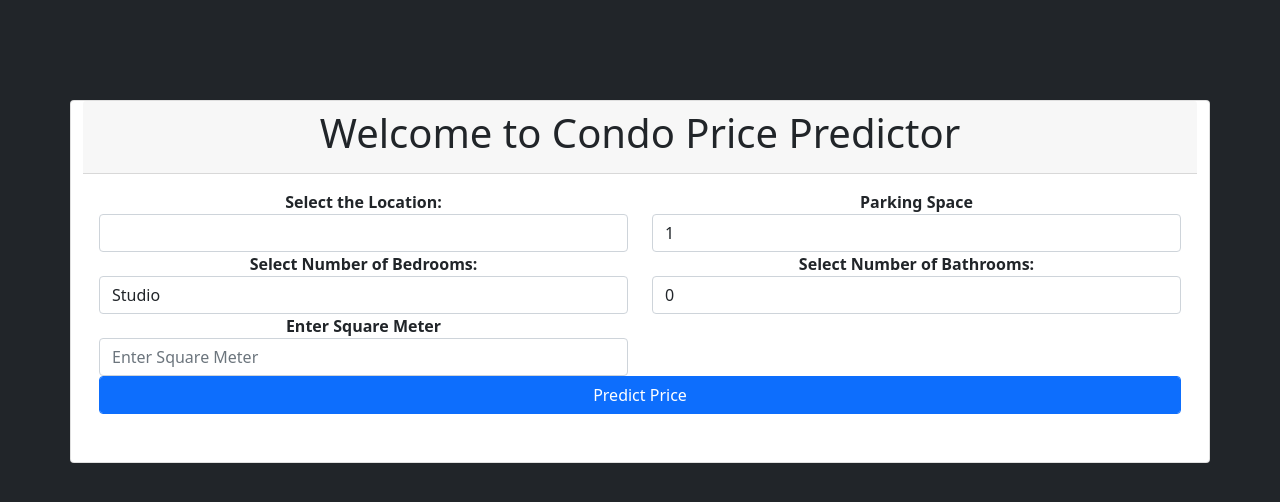
Repository: myothida/condoprice_CNX
Page: http://localhost/
The author's editor kept a copy of each file at every save. The page is drawn from the files as they stood at one save, then again after the next save.
The browser window is 1280 px wide. The pictures show the whole page.
The page is served by the project's application, run on Flask 3 (main.py).

Above is the page before, as saved 2023-09-26 22:22:10.

### templates/index.html
<!DOCTYPE html>
<html lang="en">
  <head>
    <!-- Required meta tags -->
    <meta charset="utf-8" />
    <meta name="viewport" content="width=device-width, initial-scale=1" />

    <!-- Bootstrap CSS -->
    <link
      href="https://cdn.jsdelivr.net/npm/bootstrap@5.0.2/dist/css/bootstrap.min.css"
      rel="stylesheet"
      integrity="sha384-EVSTQN3/azprG1Anm3QDgpJLIm9Nao0Yz1ztcQTwFspd3yD65VohhpuuCOmLASjC"
      crossorigin="anonymous"
    />

    <title>Condo Price Predictor</title>
  </head>
  <body class="bg-dark">
    <div class="container">
      <div class="row">
        <div class="card" style="width: 100%; height: 100%; margin-top: 100px">
          <div class="card-header" style="text-align: center">
            <h1>Welcome to Condo Price Predictor</h1>
          </div>
          <div class="card-body">
            <form method="post" accept-charset="utf-8">
              <div class="row">
                <div class="col-md-6 form-group" style="text-align: center">
                  <label><b> Select the Location: </b> </label>
                  <select
                    class="selectpicker form-control"
                    id="location"
                    name="location"
                    require="1"
                  >
                    {% for location in locations %}
                    <option value="{{ location }}">{{ lcoation }}</option>
                    {% endfor %}
                  </select>
                </div>

                <div class="col-md-6 form-group" style="text-align: center">
                  <label><b> Parking Space </b> </label>
                  <select
                    class="selectpicker form-control"
                    id="parking"
                    name="parking"
                    require="1"
                  >
                    <option>1</option>
                    <option>2</option>
                    <option>3</option>
                  </select>
                </div>
                <div class="col-md-6 form-group" style="text-align: center">
                  <label><b> Select Number of Bedrooms: </b> </label>
                  <select
                    class="selectpicker form-control"
                    id="bedrooms"
                    name="bedrooms"
                  >
                    <option>Studio</option>
                    <option>1</option>
                    <option>2</option>
                    <option>3</option>
                  </select>
                </div>
                <div class="col-md-6 form-group" style="text-align: center">
                  <label><b> Select Number of Bathrooms: </b> </label>
                  <select
                    class="selectpicker form-control"
                    id="bathrooms"
                    name="bathrooms"
                  >
                    <option>0</option>
                    <option>1</option>
                    <option>2</option>
                    <option>3</option>
                  </select>
                </div>
                <div class="col-md-6 form-group" style="text-align: center">
                  <label><b> Enter Square Meter </b> </label>
                  <input
                    type="text"
                    class="form-control"
                    id="sqm"
                    name="sqm"
                    placeholder="Enter Square Meter"
                  />
                </div>
                <div class="col-md-12 form-group">
                  <button
                    class="btn btn-primary form-control"
                    onclick="send_data()"
                  >
                    Predict Price
                  </button>
                </div>
              </div>
            </form>
            <br />

            <div class="col-md-12" style="text-align: center">
              <h1><span id="prediction"></span></h1>
            </div>
          </div>
        </div>
      </div>
    </div>
  </body>
</html>

<!-- Option 2: Separate Popper and Bootstrap JS -->

<script
  src="https://cdn.jsdelivr.net/npm/@popperjs/core@2.9.2/dist/umd/popper.min.js"
  integrity="sha384-IQsoLXl5PILFhosVNubq5LC7Qb9DXgDA9i+tQ8Zj3iwWAwPtgFTxbJ8NT4GN1R8p"
  crossorigin="anonymous"
></script>
<script
  src="https://cdn.jsdelivr.net/npm/bootstrap@5.0.2/dist/js/bootstrap.min.js"
  integrity="sha384-cVKIPhGWiC2Al4u+LWgxfKTRIcfu0JTxR+EQDz/bgldoEyl4H0zUF0QKbrJ0EcQF"
  crossorigin="anonymous"
></script>

### main.py
from flask import Flask, render_template, request
import pandas as pd

app = Flask(__name__)
data = pd.read_csv('Data_midterm.csv')


@app.route('/')
def index():


    locations = sorted(data['location'].unique())
    return render_template('index.html' ,locations=locations)


if __name__ == "__main__":
    app.run(debug=True, port=5001)

### Data_midterm.csv
bedroom,bathroom,parking, area,price,location
0,0,1,33,2100000,muang
1,1,1,30,1650000,chang phueak
1,1,2,30,1490000,suthep
1,1,2,37,1690000,nimman
1,1,1,30,1449000,faham
1,1,1,30,630000,chang phueak
1,1,2,30,2200000,nimman
1,1,1,30,650000,faham
1,1,1,30,888000,muang
1,1,1,30,2200000,nimman
1,1,1,30,890000,faham
1,1,1,30,1290000,faham
2,1,2,30,1350000,suthep
1,1,1,30,1350000,faham
1,1,2,30,1350000,chang phueak
1,1,2,30,1950000,chang phueak
1,1,2,30,1990000,suthep
1,1,2,30,2200000,faham
1,1,2,30,2200000,nimman
1,1,2,30,2300000,faham
1,1,2,30,730000,faham
1,1,2,30,1950000,muang
1,1,2,30,1990000,faham
1,1,2,30,2200000,nimman
1,1,2,30,2200000,faham
1,1,2,31,2300000,faham
2,1,2,31,740000,faham
1,1,2,31,1950000,chang phueak
1,1,2,31,2200000,faham
1,1,2,31,2200000,suthep
1,1,2,31,2300000,faham
1,1,2,31,2100000,nimman
1,1,2,31,1890000,faham
1,1,2,31,2390000,suthep
1,1,2,31,1490000,chang phueak
1,1,2,31,1100000,chang phueak
1,1,2,31,999000,muang
1,1,2,31,1690000,faham
1,1,2,29,650000,suthep
0,0,2,30,690000,muang
1,1,2,32,3350000,suthep
1,1,2,32,2480000,faham
1,1,2,37,2700000,nimman
1,1,2,30,2000000,faham
1,1,3,40,3590000,chang phueak
1,1,2,32,2400000,faham
1,1,2,30,2000000,faham
1,1,2,28,2450000,nimman
1,1,2,28,2000000,muang
1,1,2,31,2400000,chang phueak
1,1,2,32,2950000,faham
1,1,2,30,1490000,suthep
1,1,2,32,1000000,faham
1,1,2,37,2750000,faham
0,0,2,28,1200000,suthep
0,0,2,29,1800000,suthep
0,0,1,30,2000000,suthep
0,0,2,29,1600000,nimman
0,0,1,32,2400000,suthep
0,0,1,30,1400000,chang phueak
0,0,1,33,1700000,muang
0,0,1,28,2500000,nimman
0,0,2,30,2300000,faham
0,0,3,38,2590000,muang
0,0,2,30,660000,muang
1,1,2,37,2850000,faham
0,0,2,36,2700000,nimman
1,1,2,36,1790000,suthep
1,1,2,36,2800000,suthep
1,1,2,38,2190000,muang
0,0,1,29,1500000,muang
1,1,2,35,2800000,suthep
1,1,2,35,2450000,suthep
1,1,1,32,2800000,nimman
1,1,1,33,2650000,nimman
1,1,1,30,1500000,chang phueak
1,1,1,30,1450000,muang
1,1,1,30,2100000,faham
1,1,1,38,2600000,muang
1,1,1,29,2300000,suthep
0,0,1,33,1700000,nimman
1,1,2,37,3000000,muang
2,1,2,35,889000,chang phueak
2,1,2,37,990000,chang phueak
1,1,1,33,880000,muang
1,1,1,29,890000,nimman
1,1,1,30,898000,nimman
1,1,1,32,1290000,muang
1,1,1,32,1200000,muang
1,1,1,46,2450000,chang phueak
1,1,2,43,3500000,suthep
1,1,3,44,3750000,suthep
0,0,1,33,2200000,nimman
1,1,2,40,1990000,suthep
2,1,2,50,3800000,suthep
1,1,2,32,1500000,muang
0,0,2,30,1390000,chang phueak
2,2,3,51,4700000,suthep
2,1,2,50,5000000,suthep
2,2,2,50,2700000,nimman
2,1,2,47,4800000,suthep
2,1,3,53,3950000,muang
2,1,2,50,3790000,muang
1,1,2,38,2490000,nimman
1,1,2,36,2890000,faham
2,1,2,53,4500000,suthep
2,2,3,51,4700000,chang phueak
1,1,2,46,2350000,muang
1,1,2,43,3900000,faham
1,1,2,46,4350000,suthep
1,1,2,54,3200000,faham
1,1,2,32,2900000,faham
1,1,2,30,1500000,suthep
1,1,2,46,4600000,suthep
1,1,2,46,2650000,nimman
1,1,2,32,1000000,nimman
1,1,2,37,2750000,faham
1,1,2,42,2850000,muang
1,1,2,36,1650000,chang phueak
1,1,2,36,2750000,chang phueak
2,2,2,50,2800000,faham
2,1,2,47,4800000,suthep
1,1,2,46,4200000,chang phueak
1,1,1,30,2100000,muang
1,1,2,36,2600000,suthep
1,1,2,46,3000000,nimman
0,0,1,30,2000000,suthep
1,1,2,38,1490000,muang
0,0,1,30,1000000,muang
1,1,2,40,2000000,chang phueak
1,1,2,30,2300000,faham
1,1,1,30,730000,nimman
1,1,1,30,1950000,muang
1,1,2,30,1990000,nimman
1,1,2,30,2200000,faham
1,1,2,30,2200000,nimman
1,1,2,31,2300000,nimman
2,1,2,31,740000,faham
1,1,2,31,1950000,chang phueak
1,1,2,31,2200000,faham
1,1,2,31,2200000,suthep
1,1,1,31,2300000,faham
1,1,1,31,2100000,faham
1,1,2,31,1890000,faham
1,1,1,31,2390000,suthep
1,1,1,31,1490000,chang phueak
1,1,1,31,1100000,chang phueak
1,1,1,31,999000,muang
1,1,1,31,1690000,faham
1,1,2,29,650000,suthep
0,0,2,30,690000,muang
1,1,2,32,3350000,suthep
1,1,2,32,2480000,faham
1,1,2,37,2700000,faham
1,1,2,30,2000000,faham
1,1,3,40,3590000,chang phueak
1,1,2,32,2400000,faham
1,1,2,30,2000000,faham
1,1,2,28,2450000,faham
1,1,2,28,2000000,muang
1,1,2,31,2400000,chang phueak
1,1,1,32,2950000,faham
1,1,2,30,1490000,suthep
1,1,2,32,1000000,faham
1,1,2,37,2750000,faham
0,0,2,28,1200000,suthep
0,0,2,29,1800000,suthep
0,0,2,30,2000000,suthep
0,0,2,29,1600000,muang
0,0,2,32,2400000,suthep
0,0,2,30,1400000,chang phueak
0,0,2,33,1700000,muang
0,0,2,28,2500000,nimman
0,0,2,30,2300000,faham
0,0,2,38,2590000,muang
0,0,2,30,660000,muang
1,1,2,37,2850000,nimman
0,0,2,36,2700000,muang
1,1,2,36,1790000,suthep
1,1,2,36,2800000,suthep
1,1,2,38,2190000,muang
0,0,2,29,1500000,muang
1,1,2,35,2800000,suthep
1,1,2,35,2450000,suthep
1,1,2,32,2800000,faham
1,1,2,33,2650000,faham
1,1,2,30,1500000,chang phueak
1,1,2,30,1450000,muang
1,1,2,30,2100000,faham
1,1,2,38,2600000,muang
1,1,2,29,2300000,suthep
0,0,2,33,1700000,muang
1,1,2,37,3000000,muang
2,1,2,35,889000,chang phueak
2,1,2,37,990000,chang phueak
1,1,2,33,880000,muang
1,1,2,29,890000,muang
1,1,2,30,898000,muang
1,1,2,32,1290000,muang
1,1,2,32,1200000,muang
1,1,3,46,2450000,chang phueak
1,1,3,43,3500000,suthep
1,1,3,44,3750000,suthep
0,0,2,33,2200000,muang
1,1,2,40,1990000,suthep
2,1,2,50,3800000,suthep
1,1,2,32,1500000,muang
0,0,2,30,1390000,chang phueak
2,2,3,51,4700000,suthep
2,1,2,50,5000000,suthep
2,2,2,50,2700000,faham
2,1,2,47,4800000,suthep
2,1,3,53,3950000,muang
2,1,3,50,3790000,muang
1,1,2,38,2490000,faham
1,1,2,36,2890000,faham
2,1,2,53,4500000,suthep
2,2,2,51,4700000,chang phueak
1,1,2,46,2350000,muang
1,1,2,43,3900000,faham
1,1,2,46,4350000,suthep
1,1,3,54,3200000,faham
1,1,2,32,2900000,faham
1,1,2,30,1500000,suthep
1,1,2,46,4600000,suthep
1,1,2,46,2650000,muang
1,1,2,32,1000000,faham
1,1,2,37,2750000,faham
1,1,2,42,2850000,muang
1,1,2,36,1650000,chang phueak
1,1,2,36,2750000,chang phueak
2,2,3,50,2800000,faham
2,1,3,47,4800000,suthep
1,1,2,46,4200000,chang phueak
1,1,2,37,2800000,suthep
1,1,2,37,2750000,faham
1,1,2,28,1600000,suthep
1,1,2,29,1800000,suthep
1,1,2,30,2000000,suthep
1,1,2,29,1600000,muang
1,1,2,32,2400000,suthep
1,1,2,30,1400000,chang phueak
1,1,2,33,1700000,muang
1,1,2,28,2500000,muang
1,1,2,30,2300000,nimman
1,1,2,38,2590000,nimman
1,1,2,30,700000,muang
1,1,2,37,2850000,faham
1,1,2,36,2700000,muang
1,1,2,36,1790000,suthep
1,1,2,36,2800000,suthep
1,1,2,38,2190000,muang
0,0,2,29,1500000,muang
1,1,2,35,2800000,suthep
1,1,2,35,2450000,suthep
1,1,2,32,2800000,nimman
1,1,2,33,2650000,faham
1,1,2,30,1500000,chang phueak
1,1,2,30,1450000,muang
1,1,2,30,2100000,nimman
1,1,2,38,2600000,muang
1,1,2,29,2300000,suthep
0,0,1,33,1700000,muang
1,1,2,37,2700000,muang
2,1,2,35,889000,chang phueak
2,1,2,37,990000,chang phueak
1,1,1,33,880000,muang
1,1,1,29,890000,muang
1,1,1,30,898000,nimman
1,1,2,32,1290000,nimman
1,1,2,32,1200000,muang
1,1,2,46,2450000,chang phueak
1,1,2,43,3500000,suthep
1,1,2,44,3750000,suthep
0,0,2,33,2200000,muang
1,1,2,40,1990000,suthep
1,1,1,29,890000,muang
1,1,2,30,898000,nimman
1,1,2,32,1290000,nimman
1,1,2,32,1500000,nimman
1,1,2,46,2550000,chang phueak
1,1,2,43,3500000,suthep
1,1,2,44,3650000,suthep
0,0,2,33,2500000,nimman
1,1,2,40,2990000,suthep

After the next save:
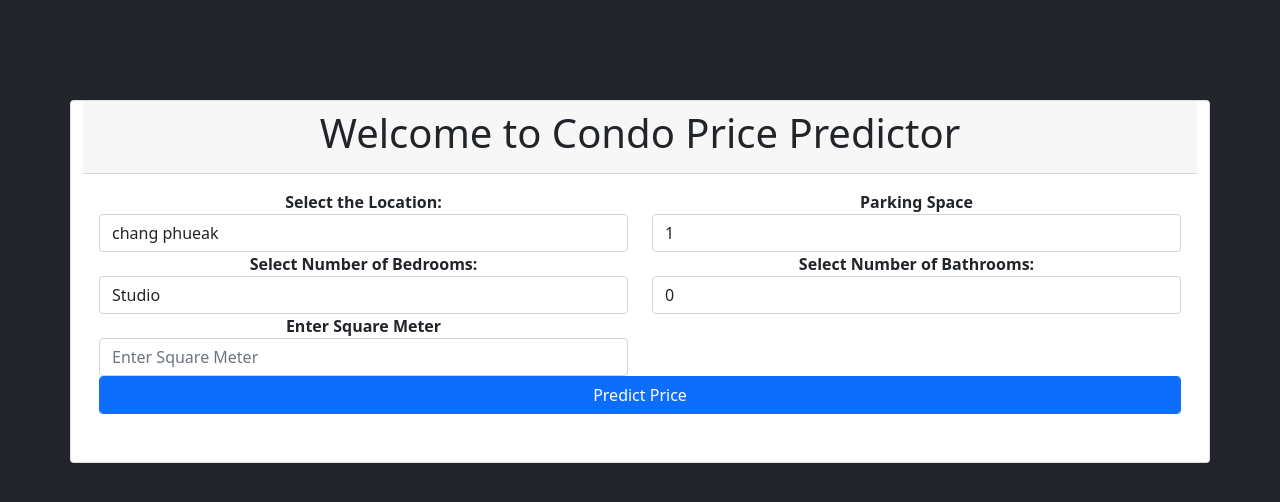
Saved 87 s later.
--- a/templates/index.html
+++ b/templates/index.html
@@ -34,7 +34,7 @@
                     require="1"
                   >
                     {% for location in locations %}
-                    <option value="{{ location }}">{{ lcoation }}</option>
+                    <option value="{{ location }}">{{ location }}</option>
                     {% endfor %}
                   </select>
                 </div>
